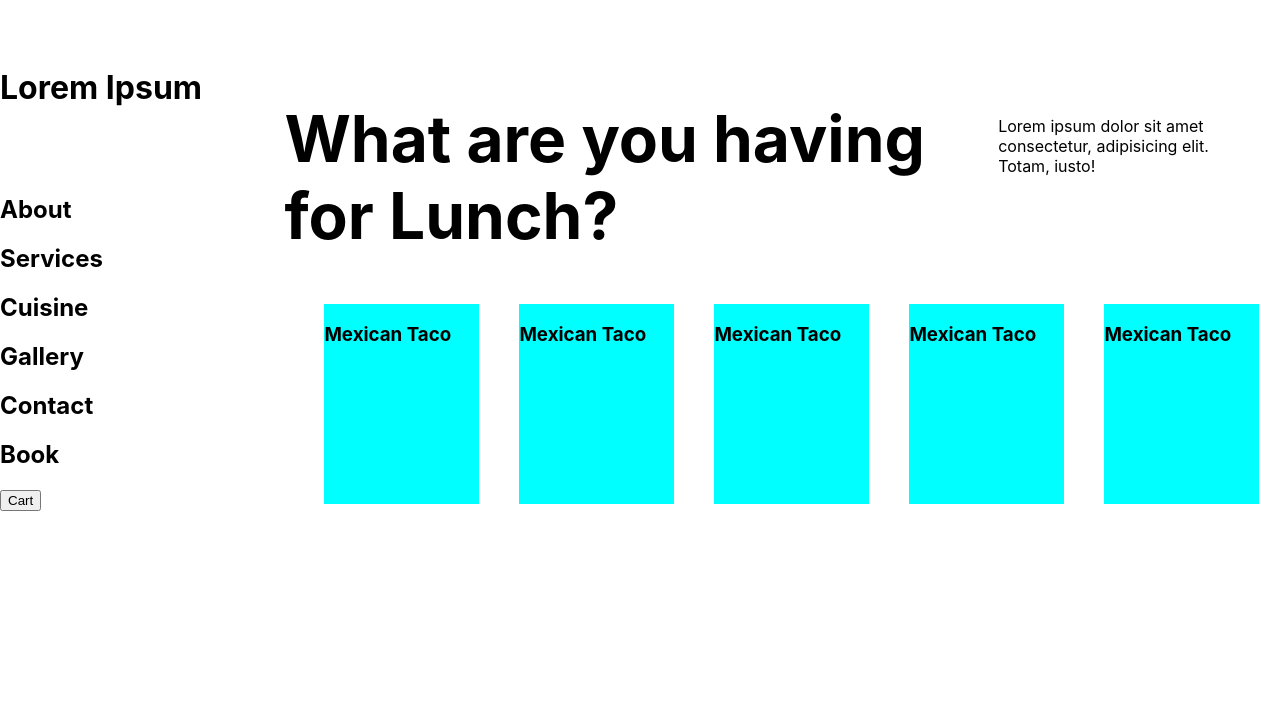
Repository: Marlstergo/assignment2
Page: /
An editor plug-in stored every save of this project. The page is shown before and after the next save, followed by the edit.
The browser window is 1280 px wide. The pictures show the whole page.
The project was rebuilt for these pictures with package versions that can differ from the ones it lists, and the page was loaded fresh each time.

Above is the page before, as saved 2021-07-27 02:19:21.

After the next save:
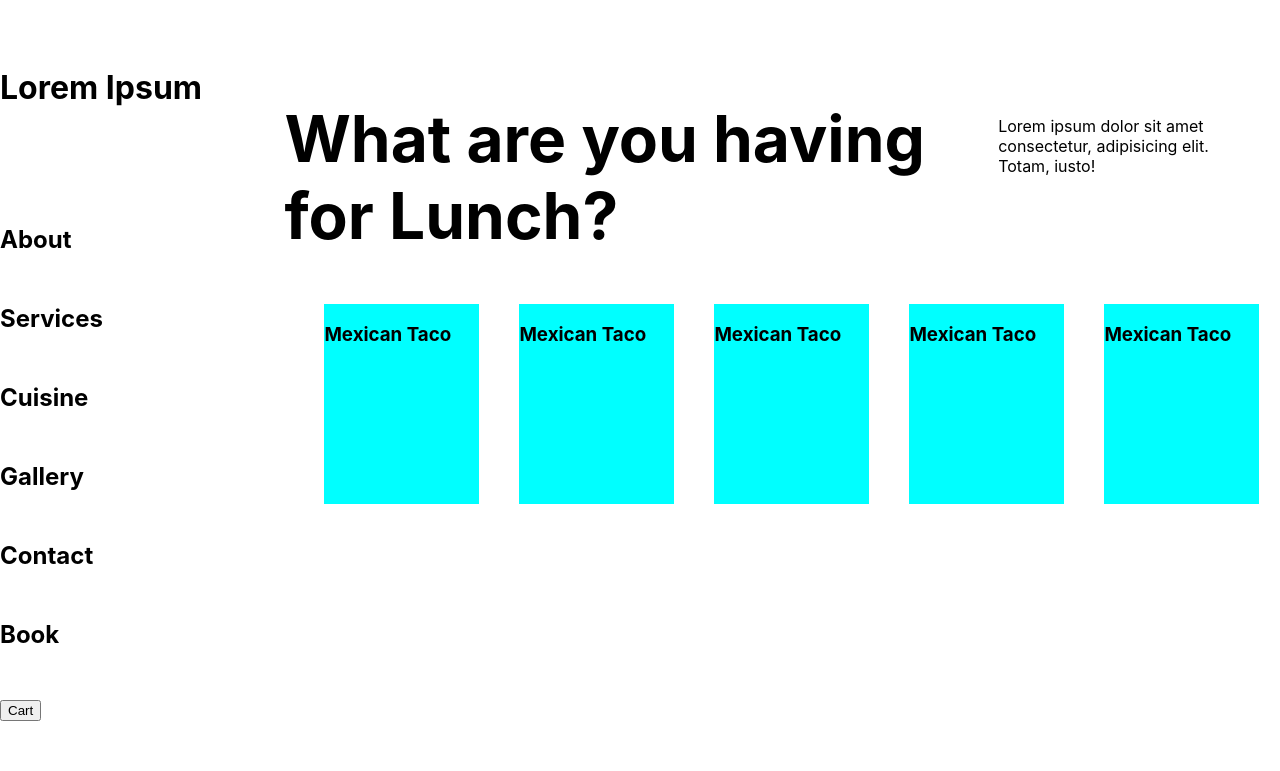
Saved 4 s later.
--- a/src/App.css
+++ b/src/App.css
@@ -63,7 +63,7 @@
 }
 
 .item{
-  margin: 20px 0px;
+  margin: 50px 0px;
 }
 
 .logo h1{
